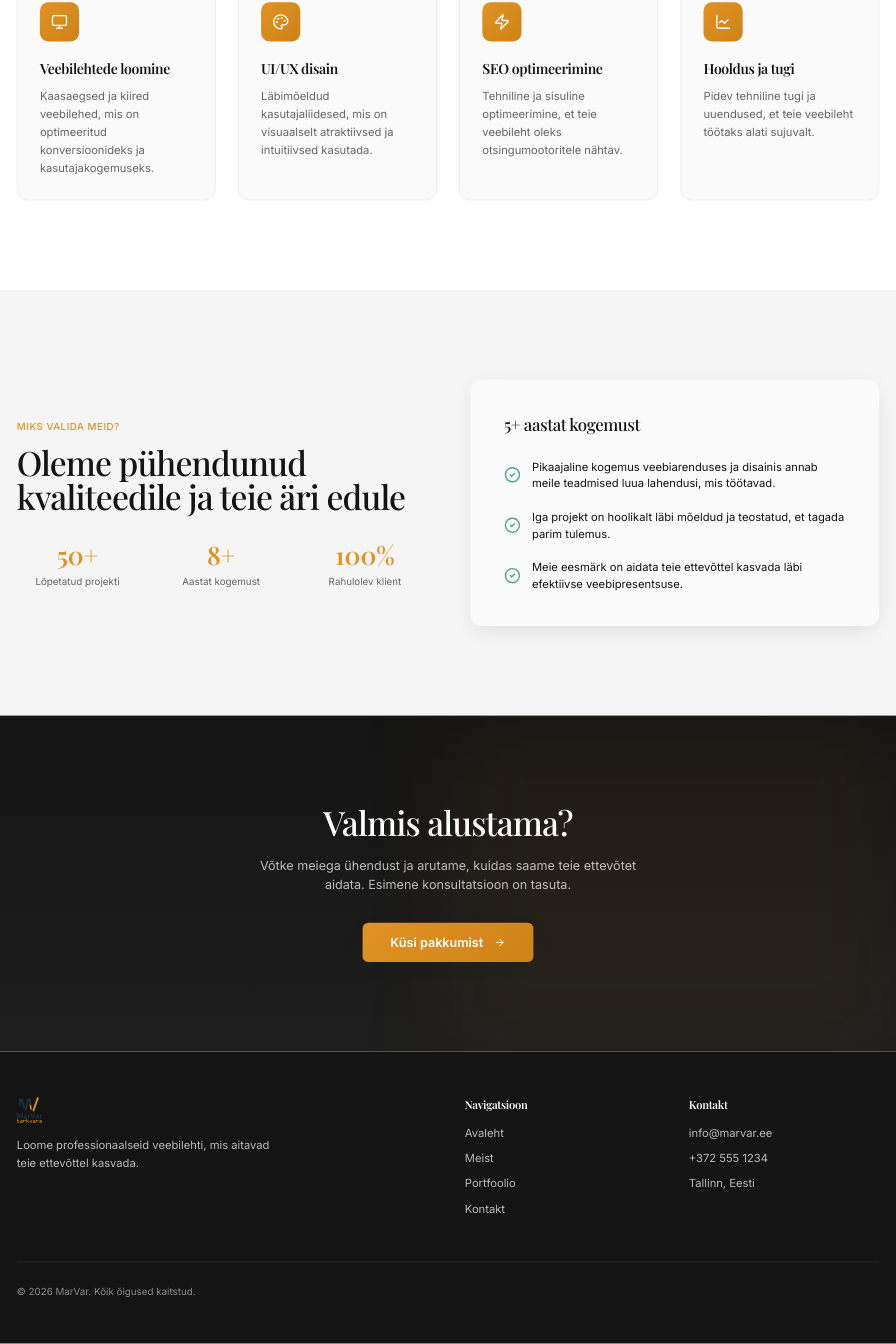
Repository: marvar-tarkvara/MARVAR-LEHT
Page: /
These files come from the project's save history. The page is drawn as it stood at one moment and after the next save; the edit follows.
The browser window is 1280 px wide. The pictures show the part of the page from y = 1085 to 3005 px (the page is 3005 px tall), at 70% of full size.
Some web fonts or font styles are not loaded; a fallback is used. The project was rebuilt for these pictures with package versions that can differ from the ones it lists, and the page was loaded fresh each time. The framework's server and built-in components were replaced by stand-ins that run in the browser. Also part of the build but not shown: next.config.ts, components/ui/tooltip.tsx.

Above is the page before, as saved 2026-01-18 19:06:53.

After the next save:
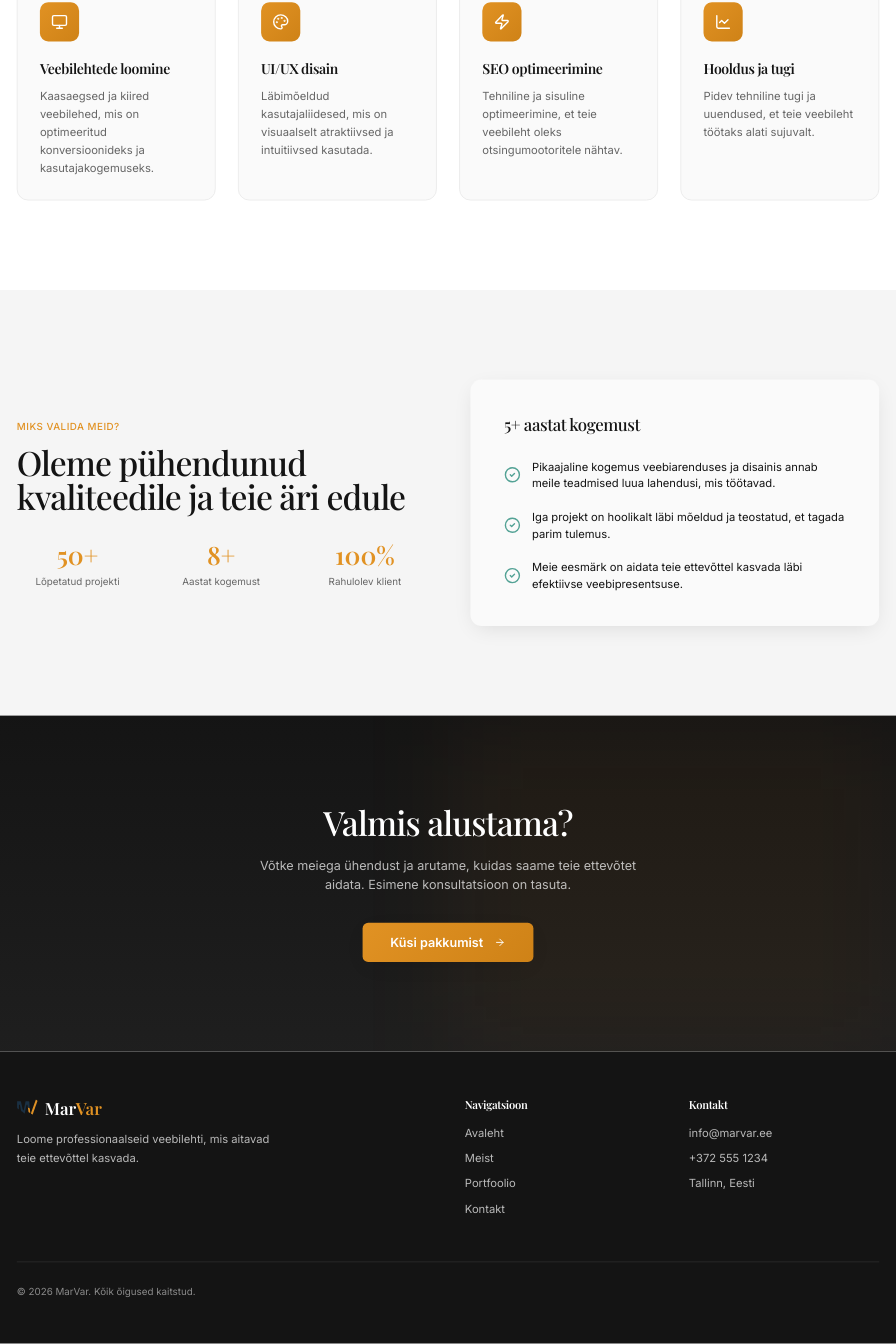
Saved 105 s later.
--- a/app/layout.tsx
+++ b/app/layout.tsx
@@ -19,8 +19,8 @@ export const metadata: Metadata = {
   title: "MarVar - Veebilehtede loomine",
   description: "Professionaalsed ja konversioonile suunatud veebilehed, mis aitavad teie ettevõttel kasvada. Minimalistlik disain, maksimaalne mõju.",
   icons: {
-    icon: "/marvar-tarkvara.svg",
-    apple: "/marvar-tarkvara.svg",
+    icon: "/marvar.svg",
+    apple: "/marvar.svg",
   },
 };
 
--- a/components/layout/Footer.tsx
+++ b/components/layout/Footer.tsx
@@ -13,8 +13,11 @@ const Footer = () => {
         <div className="grid grid-cols-1 md:grid-cols-4 gap-12">
           {/* Brand */}
           <div className="md:col-span-2">
-            <Link href="/">
-              <Image src="/marvar-tarkvara.svg" alt="MarVar logo" width={140} height={40} className="h-10 w-auto" />
+            <Link href="/" className="flex items-center gap-2">
+              <Image src="/marvar.svg" alt="MarVar logo" width={32} height={32} className="h-8 w-8" />
+              <span className="text-2xl font-display font-semibold">
+                Mar<span className="text-accent">Var</span>
+              </span>
             </Link>
             <p className="mt-4 text-primary-foreground/70 max-w-sm leading-relaxed">
               {t("footer.description")}
